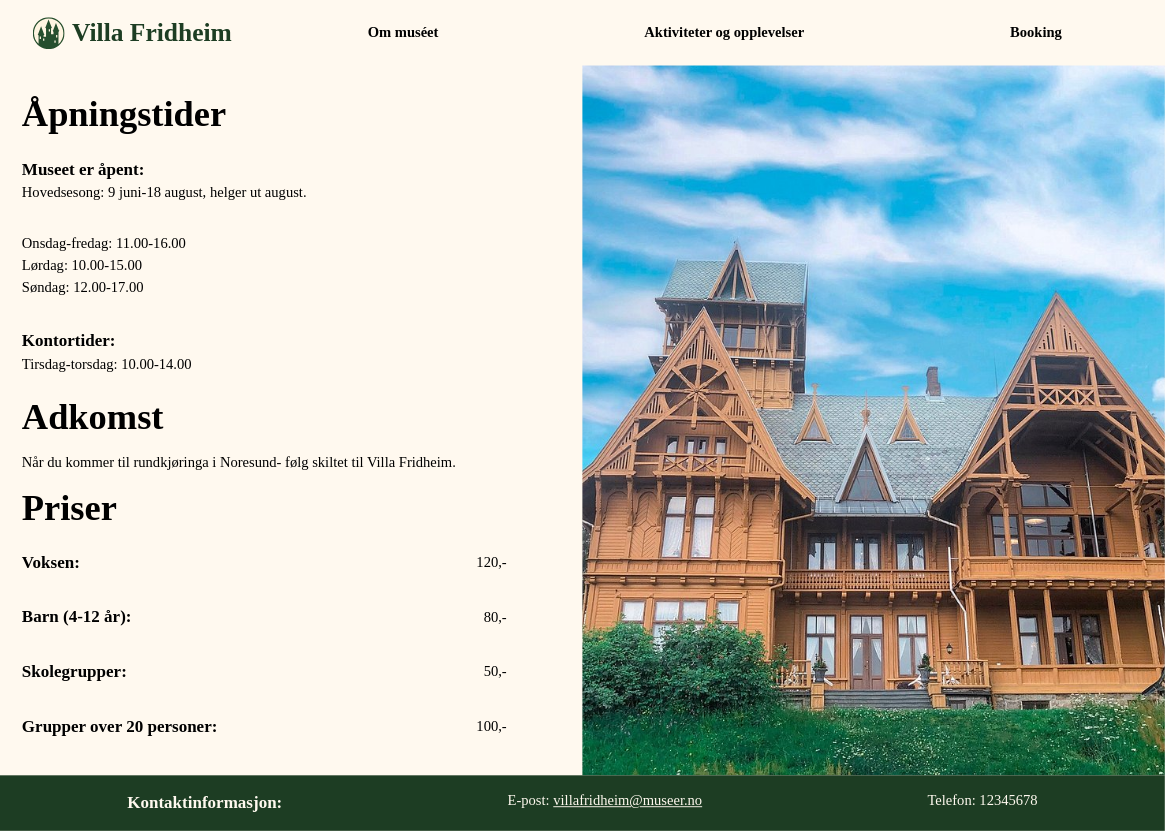
Repository: IdaHolmen/villa-fridheim
Page: src/info.html
An editor plug-in stored every save of this project. The page is shown before and after the next save, followed by the edit.
The browser window is 1280 px wide. The pictures show the whole page, at 91% of full size.
Some web fonts or font styles are not loaded; a fallback is used.

Above is the page before, as saved 2024-10-15 13:40:24.

### src/info.html
<!DOCTYPE html>
<html lang="en">
    <head>
        <meta charset="UTF-8" />
        <meta name="viewport" content="width=device-width, initial-scale=1.0" />

        <link rel="icon" type="image/x-icon" href="../assets/villa-fridheim-logo.svg" />

        <title>Villa Fridheim</title>
        <link rel="stylesheet" type="text/css" href="../css/reset.css" />
        <link rel="stylesheet" type="text/css" href="../css/style.css" />
        <link rel="stylesheet" type="text/css" href="../css/media-queries.css" />
    </head>
    <body>
        <header>
            <div class="headline-container">
                <a href="../index.html" id="home-button">
                    <img src="../assets/villa-fridheim-logo.svg" alt="Omrisset av et eventyrslott" class="main-logo" />
                    <h1 class="main-headline">Villa Fridheim</h1>
                </a>
            </div>

            <nav class="nav-bar">
                <a href="about.html" class="nav-link">Om muséet</a>
                <a href="activities.html" class="nav-link">Aktiviteter og opplevelser</a>
                <a href="booking.html" class="nav-link">Booking</a>
            </nav>
        </header>

        <main class="main-container">
            <section class="activities-section">
                <div class="text-container">
                    <article class="activities">
                        <h2 class="section-headline">Åpningstider</h2>
                        <div class="hours">
                            <h3>Museet er åpent:</h3>
                            <p>Hovedsesong: 9 juni-18 august, helger ut august.</p>
                        </div>

                        <div class="hours">
                            <p>Onsdag-fredag: 11.00-16.00</p>
                            <p>Lørdag: 10.00-15.00</p>
                            <p>Søndag: 12.00-17.00</p>
                        </div>

                        <div class="hours">
                            <h3>Kontortider:</h3>
                            <p>Tirsdag-torsdag: 10.00-14.00</p>
                        </div>
                    </article>

                    <article class="activities">
                        <h2 class="section-headline">Adkomst</h2>
                        <p>Når du kommer til rundkjøringa i Noresund- følg skiltet til Villa Fridheim.</p>
                    </article>

                    <article class="activities">
                        <h2 class="section-headline">Priser</h2>
                        <div class="price-element">
                            <span><h3>Voksen:</h3></span>
                            <span>120,-</span>
                        </div>
                        <div class="price-element">
                            <span><h3>Barn (4-12 år):</h3></span>
                            <span>80,-</span>
                        </div>
                        <div class="price-element">
                            <span><h3>Skolegrupper:</h3></span>
                            <span>50,-</span>
                        </div>
                        <div class="price-element">
                            <span><h3>Grupper over 20 personer:</h3></span>
                            <span>100,-</span>
                        </div>
                    </article>
                </div>

                <div class="image-container">
                    <img
                        src="../assets/outside-image3.jpg"
                        alt="A living room decorated with an 1800's style"
                        class="page-image"
                    />
                </div>
            </section>
        </main>

        <footer class="footer">
            <h3>Kontaktinformasjon:</h3>
            <p>
                E-post:
                <a href="" id="email-element">villafridheim@museer.no</a>
            </p>
            <p>Telefon: 12345678</p>
        </footer>
    </body>
</html>

### css/reset.css
*, *::before, *::after {
	box-sizing: border-box;
  }

* {
	margin: 0;
	padding: 0;
}

body {
	line-height: 1.5;
	-webkit-font-smoothing: antialiased;
}

img, picture, video, canvas, svg {
	display: block;
	max-width: 100%;
}

input, textarea, select {
	font: inherit;
}

p, h1, h2, h3, h4, h5, h6 {
	overflow-wrap: break-word;
}

#root, #__next {
	isolation: isolate;
}

button {
	font: inherit;
	background: transparent;
	border: none;
	cursor: pointer;
	touch-action: manipulation;
}

a {
	color: inherit;
	text-decoration: none;
}

### css/style.css
@import url('https://fonts.googleapis.com/css2?family=Caudex:ital,wght@0,400;0,700;1,400;1,700&display=swap');

:root {
    --primary-color: #fff9ef;
    --secondary-color: #1d3d23;
}

/* BODY STYLING */
body {
    height: 100vh;
    width: 100%;
    display: flex;
    flex-direction: column;
    background-color: var(--primary-color);
    font-family: 'Caudex', 'Times New Roman', Times, serif;
}

/* HEADER STYLING */
header {
    display: flex;
    flex-direction: row;
    justify-content: center;
    align-items: center;
    background: var(--primary-color);
    color: var(--secondary-color);
    flex-basis: 10%;
}

.headline-container {
    flex-basis: 25%;
    display: flex;
    justify-content: center;
    align-items: center;
    flex-direction: row;
}

.main-headline {
    font-size: 1.75rem;
}

.main-logo {
    height: 35px;
    width: 35px;
    margin-right: 0.5rem;
}

.nav-bar {
    flex-basis: 85%;
    display: flex;
    justify-content: space-around;
    flex-direction: row;
    text-align: center;
    margin: 0;
}

.nav-link {
    text-decoration: none;
    color: black;
    padding: 0.5rem 1.5rem;
    font-weight: bold;
    margin: 1rem;
    border-radius: 5px;
    display: flex;
    transition: transform 0.2s ease-in-out;
}

.nav-link:hover {
    box-shadow: rgba(149, 157, 165, 0.2) 0px 8px 24px;
    transform: scale(1.1);
}

.nav-link:active {
    background-color: #e3e3e3;
}

#home-symbol {
    margin-right: 0.5rem;
    width: 25px;
    height: 25px;
}

/* FRONT PAGE STYLING */
.hero-section {
    position: relative;
    height: 30rem;
    width: 100%;
}

.hero-background {
    width: 100%;
    height: 30rem;
    object-fit: contain;
}

.hero-image {
    width: 100%;
    height: 30rem;
    object-fit: cover;
}

.hero-text-container {
    position: absolute;
    top: 0;
    left: 70%;
    width: 30%;
    height: 60%;
    color: var(--primary-color);
    display: flex;
    flex-direction: column;
}

.hero-content {
    font-size: 4.5rem;
    font-weight: bold;
}

.hero-content-sub-headline {
    font-size: 2rem;
    font-weight: bold;
    font-style: italic;
}

.main-container {
    flex-basis: 85%;
    display: flex;
    flex-direction: column;
    align-items: center;
}

.about-section {
    width: 100%;
    height: 100%;
    display: flex;
}

.text-container {
    flex-basis: 50%;
    display: flex;
    flex-direction: column;
    justify-content: center;
    padding: 24px;
}

.text-container > p {
    margin: 0.5rem 0;
}

.image-container {
    flex-basis: 50%;
}

.page-image {
    height: 100%;
    object-fit: cover;
}

.link-section {
    width: 95%;
    background-color: #ffeded;
    margin-top: 4rem;
    display: flex;
    flex-direction: column;
    align-items: center;
}

.link-container-headline {
    width: 95%;
    flex-basis: 10%;
    margin: 1rem 1rem 1rem 4rem;
    padding: 0.8rem;
}

.section-headline {
    font-size: 2.5rem;
}

.link-container {
    flex-basis: 90%;
    width: 95%;
    display: flex;
    justify-content: space-around;
    align-items: center;
}

.navigation-container {
    height: 22rem;
    width: 18rem;
    margin: 1rem 1rem 2rem 1rem;
    display: flex;
    padding: 0.8rem;
    flex-direction: column;
    transition: transform 0.2s ease-in-out;
}

.navigation-container:hover {
    transform: scale(1.1);
}

.link-sub-headline {
    font-size: 1.2rem;
}

.link-image {
    object-fit: cover;
    padding: 0;
    min-height: 70%;
    margin-bottom: 0.5rem;
}

.footer-front-page {
    background-color: var(--secondary-color);
    color: var(--primary-color);
    flex-basis: 5%;
    display: flex;
    flex-direction: row;
    justify-content: space-around;
    padding: 1rem;
    font-size: 1rem;
    margin-top: 4rem;
}

/* STYLING FOR THE INTRO SECTION */
.intro-section {
    width: 95%;
    height: 16rem;
    background-color: #e2eef5;
    margin-top: 4rem;
    display: flex;
    flex-direction: column;
    align-items: center;
}

.intro-container {
    flex-basis: 90%;
    width: 95%;
    display: flex;
    flex-direction: column;
    justify-content: space-around;
    margin: 2rem;
    padding: 0.8rem;
    margin: 1rem 4rem 1rem 4rem;
}

/* STYLING FOR INFO PAGE */
.hours,
.price-element {
    margin: 1rem 0;
}

.price-element {
    width: 90%;
    display: flex;
    flex-direction: row;
    align-items: center;
    justify-content: space-between;
    font-size: 1rem;
}

/* STYLING FOR ACTIVITIES PAGE */
#home-button {
    display: flex;
    align-items: center;
}

.main-activities-container {
    flex-basis: 85%;
    display: flex;
    flex-direction: column;
    align-items: center;
}

.activities-section,
.experiences-section {
    display: flex;
    flex-direction: row;
}

.activities,
.experiences {
    display: flex;
    flex-direction: column;
}

.activities > p,
.experiences > p {
    margin: 0.5rem 0;
}

.bold-text {
    font-weight: 900;
    margin: 0.5rem 0;
}

.illustration-image {
    width: 100%;
    border-radius: 3%;
}

#illustration-image-long {
    width: 90%;
    border-radius: 3%;
}

/* FOOTER */
footer {
    background-color: var(--secondary-color);
    color: var(--primary-color);
    flex-basis: 5%;
    display: flex;
    flex-direction: row;
    justify-content: space-around;
    padding: 1rem;
    font-size: 1rem;
}

a#email-element {
    text-decoration: underline;
}

/* STYLING FOR BOOKING PAGE */
.main-headline-booking {
    color: var(--primary-color);
}

.nav-link-booking {
    color: var(--primary-color);
    text-decoration: none;
    padding: 0.5rem 1.5rem;
    font-weight: bold;
    margin: 1rem;
    border-radius: 5px;
    display: flex;
    transition: transform 0.2s ease-in-out;
}

.nav-link-booking:hover {
    box-shadow: rgba(149, 157, 165, 0.2) 0px 8px 24px;
    transform: scale(1.1);
}

.booking-page-main {
    background-position: center;
    background-image: url('../assets/forest3.jpg');
    background-repeat: no-repeat;
    background-size: cover;
    background-attachment: fixed;
}

.booking-header {
    backdrop-filter: blur(60px);
    background: transparent;
}

.booking-container {
    flex-basis: 85%;
    width: 100%;
    display: flex;
    justify-content: center;
    flex-direction: column;
    align-items: center;
    background-color: rgba(0, 0, 0, 0.2);
}

.booking-form {
    position: relative;
    color: var(--primary-color);
    display: flex;
    flex-direction: column;
    align-items: center;
    height: 100%;
    width: 26rem;
    margin: 2rem;
    padding: 1rem;
    border: 2px solid #b5afaf;
    border-radius: 15px;
    backdrop-filter: blur(25px);
}

.input-field {
    width: 85%;
    height: 55px;
    color: var(--primary-color);
    background: transparent;
    padding-inline: 20px 54px;
    border-radius: 30px;
    border: 2px solid #b5afaf;
    outline: none;
    margin: 1rem 0;
}

.input-field:focus::placeholder {
    color: transparent;
}

#select-field {
    appearance: none;
    width: 85%;
    height: 55px;
    color: var(--primary-color);
    background: transparent;
    padding-inline: 20px;
    border-radius: 30px;
    border: 2px solid #b5afaf;
    cursor: pointer;
    outline: none;
    background-image: linear-gradient(45deg, transparent 50%, #fff5e1 50%),
        linear-gradient(135deg, #fff5e1 50%, transparent 50%);
    background-position: calc(100% - 20px) calc(1.3rem + 2px), calc(100% - 15px) calc(1.3rem + 2px);
    background-size: 5px 5px, 5px 5px, 1px 1.5em;
    background-repeat: no-repeat;
    margin: 1rem 0;
}

#comment-input {
    width: 85%;
    height: 6rem;
    color: var(--primary-color);
    background: transparent;
    border-radius: 10px;
    border: 2px solid #b5afaf;
    outline: none;
    padding-inline: 20px;
    margin: 1rem 0;
}

::placeholder {
    color: var(--primary-color);
}

#comment-input:focus::placeholder {
    color: transparent;
}

#submit-button {
    background-color: var(--primary-color);
    width: 8rem;
    padding: 0.5rem 1.5rem;
    font-weight: bold;
    border-radius: 30px;
    transition: transform 0.2s ease-in-out;
    margin: 0.5rem 0;
}

#submit-button:hover {
    background-color: #ffe8ba;
    transform: scale(1.1);
}

#submit-button:active {
    background-color: #d4d4d4;
}

#booking-footer {
    backdrop-filter: blur(25px);
    background: transparent;
}

### css/media-queries.css
@media screen and (max-width: 1000px) {
    header {
        flex-direction: column;
    }

    .nav-bar {
        align-items: center;
    }

    .nav-link {
        max-width: 16rem;
        margin: 0.5rem;
    }

    .hero-section {
        height: 45rem;
        background-color: var(--secondary-color);
    }

    .hero-text-container {
        top: 68%;
        left: 10%;
        width: 80%;
        height: 30%;
    }

    .hero-content {
        font-size: 3.5rem;
    }

    .about-section {
        flex-direction: column;
        align-items: center;
    }

    .main-info-container {
        flex-direction: column;
    }

    .activities-section {
        flex-direction: column;
    }

    .experiences-section {
        flex-direction: column-reverse;
    }

    .illustration-image {
        width: 70%;
    }

    #illustration-image-long {
        width: 60%;
    }

    .link-container {
        width: 70%;
        flex-wrap: wrap;
    }
}

@media screen and (max-width: 930px) {
    .link-container {
        width: 80%;
    }

    .navigation-container {
        width: 15rem;
        height: 18rem;
    }
}

@media screen and (max-width: 700px) {
    .footer,
    .footer-front-page {
        flex-direction: column;
        align-items: center;
    }

    .nav-bar {
        flex-direction: column;
    }

    .link-section,
    .intro-section {
        width: 100%;
    }

    .illustration-image {
        width: 100%;
    }

    #illustration-image-long {
        width: 80%;
    }

    .link-container {
        width: 100%;
    }
}

@media screen and (max-width: 500px) {
    .booking-form {
        width: 20rem;
    }

    .hero-content-sub-headline {
        font-size: 1.5rem;
    }

    .intro-section {
        height: 20rem;
    }
}

After the next save:
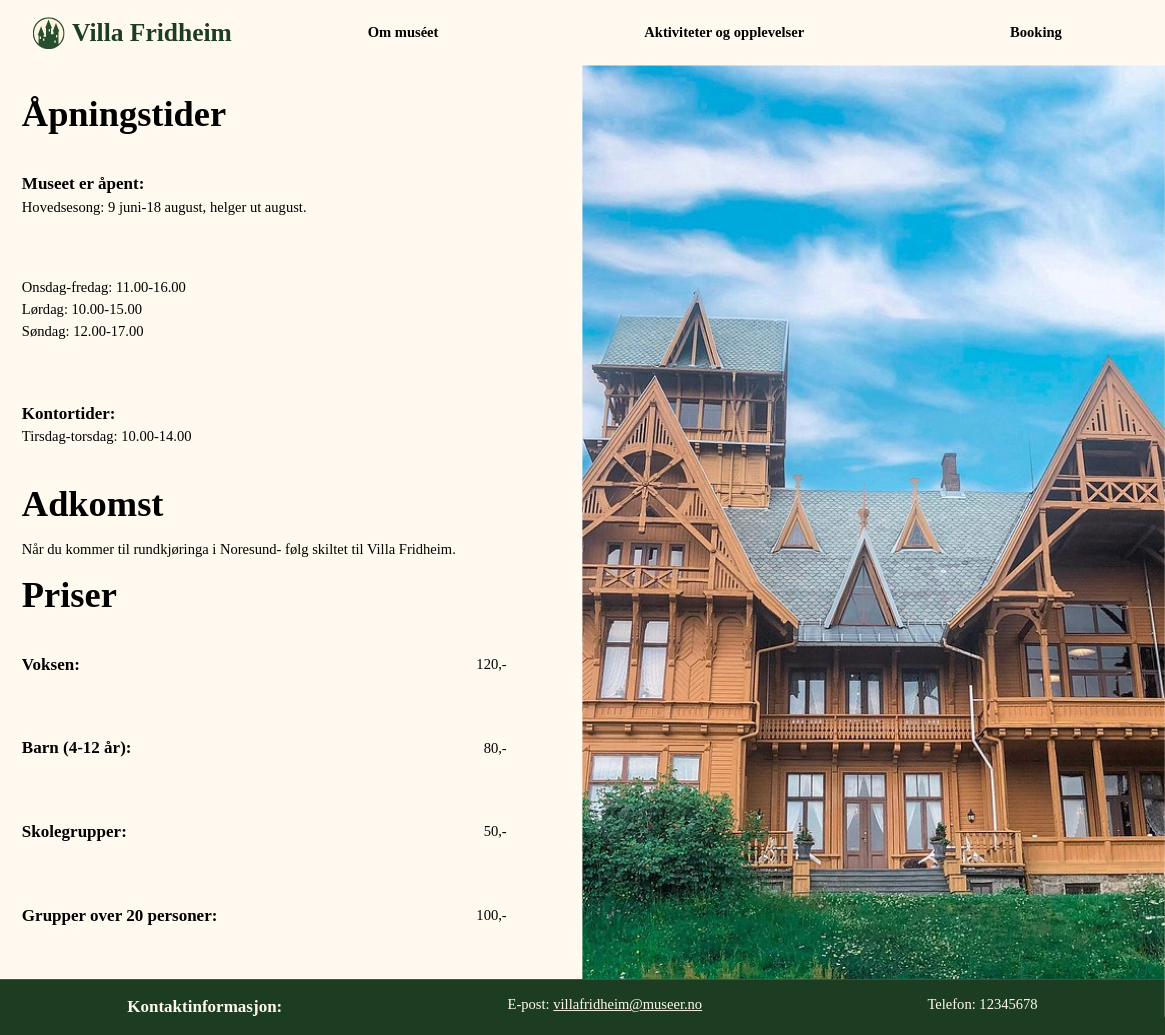
Saved 9 s later.
--- a/css/style.css
+++ b/css/style.css
@@ -244,7 +244,7 @@
 /* STYLING FOR INFO PAGE */
 .hours,
 .price-element {
-    margin: 1rem 0;
+    margin: 2rem 0;
 }
 
 .price-element {

After the save that followed:
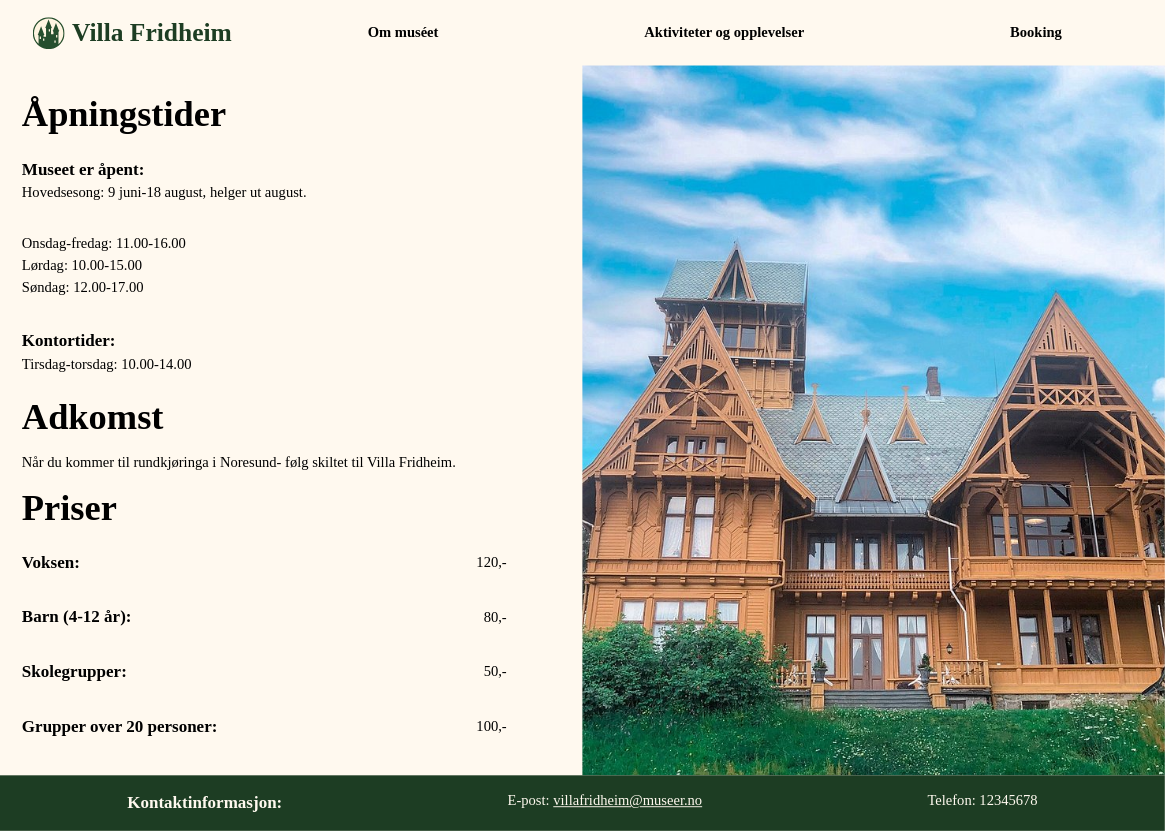
Saved 15 s later.
--- a/css/style.css
+++ b/css/style.css
@@ -244,7 +244,7 @@
 /* STYLING FOR INFO PAGE */
 .hours,
 .price-element {
-    margin: 2rem 0;
+    margin: 1rem 0;
 }
 
 .price-element {
